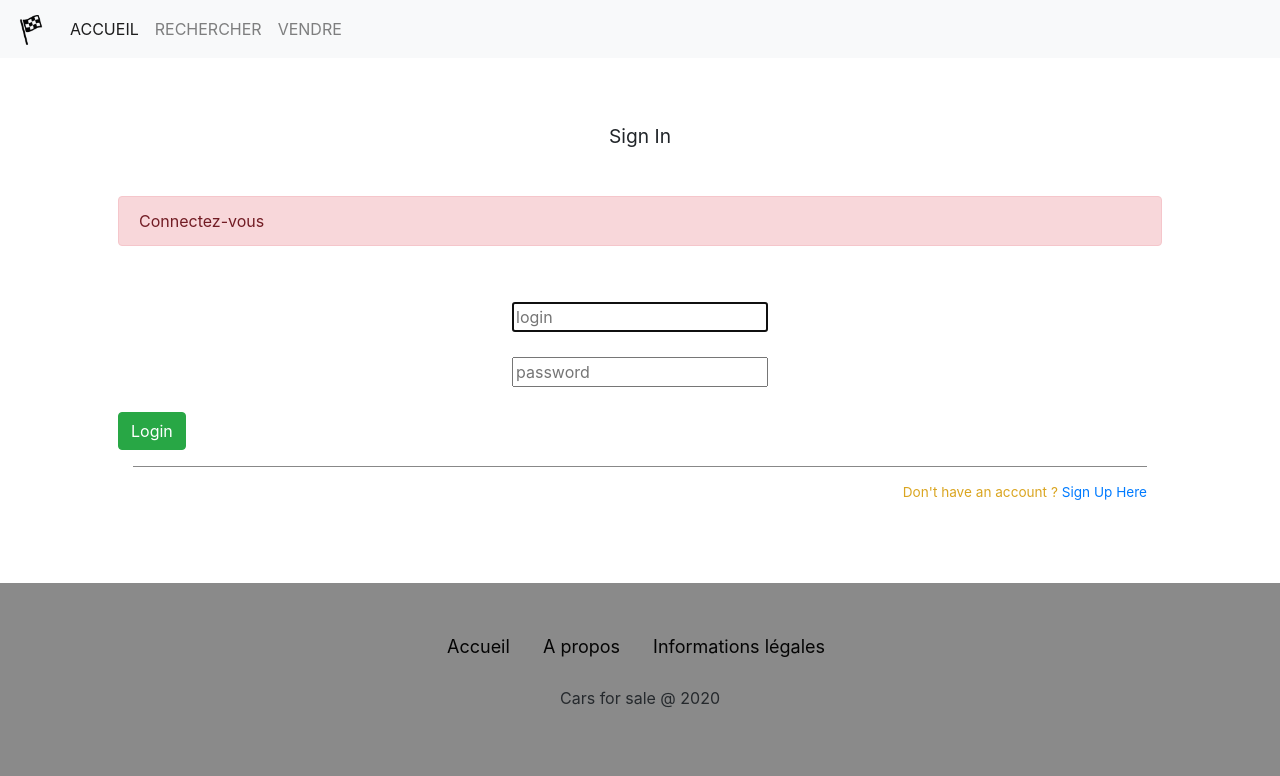
Repository: JonasvanHoorebeke/node_project_carforsale_final
Page: http://localhost/login/now
The author's editor kept a copy of each file at every save. The page is drawn from the files as they stood at one save, then again after the next save.
The browser window is 1280 px wide. The pictures show the whole page.
The page is served by the project's Node server (server.js). Other server files are loaded and not shown.

Above is the page before, as saved 2020-08-26 20:55:12.

### views/index.ejs

<%- include('header.ejs') %>
<body>
        <div class="container p-5">
            <div class="panel panel-info" >
                    <div class="panel-heading">
                        <div class="introsignup">Sign In</div>
                    </div>
                    <div style="padding-top:30px">
                        <% if (message.length > 0) { %>
                            <div class="alert alert-danger col-sm-12"><%= message %></div>
                <% } %>
                        <form id="loginform" role="form" method="post" action="/login"></br>
                            <div class="infologin">
                                        <input type="text"  name="login" value="" placeholder="login" aria-label="pseudo" autofocus>
                                    </div>
                            <div class="infologin">
                                        <input type="password"  name="password" placeholder="password" aria-label="mot de passe">
                                    </div>
                            <div class="infologin">
                                    </div>
                                <div style="margin-top:10px" class="form-group">
                                    <!--bouton-->
                                    <div class="login">
                                      <button id="login" type="submit" class="btn btn-success">Login  </button>
                                    </div>
                                </div>
                                <div class="form-group">
                                    <div class="col-md-12 control">
                                        <div class="pascompte" > Don't have an account ? <a href="/signup">Sign Up Here</a>
                                        </div>
                                    </div>
                                </div>
                            </form>
                        </div>
                    </div>
        </div>
    </div>
    <%- include('footer.ejs') %>

### views/header.ejs
<!DOCTYPE html>
<html lang="fr">

<head>
  <title>Cars for sale - Véhicules d'occasion</title>
  <meta charset="utf-8">
  <meta name="viewport" content="width=device-width, initial-scale=1.0">
  <link href="/css/style.css" rel="stylesheet" type="text/css">
  <link rel="stylesheet" href="https://maxcdn.bootstrapcdn.com/bootstrap/4.3.1/css/bootstrap.min.css">
  <script type="text/javascript" src="../scripts/scriptindex.js"></script>
  <script src="https://ajax.googleapis.com/ajax/libs/jquery/3.4.1/jquery.min.js"></script>
  <script src="https://maxcdn.bootstrapcdn.com/bootstrap/4.3.1/js/bootstrap.min.js"></script>
  <link rel="stylesheet" href="https://stackpath.bootstrapcdn.com/bootstrap/4.4.1/css/bootstrap.min.css" integrity="sha384-Vkoo8x4CGsO3+Hhxv8T/Q5PaXtkKtu6ug5TOeNV6gBiFeWPGFN9MuhOf23Q9Ifjh" crossorigin="anonymous">
    <!-- Plugin JS, jQuery Bootstrap -->
    <script src="https://code.jquery.com/jquery-3.5.1.slim.min.js" integrity="sha384-DfXdz2htPH0lsSSs5nCTpuj/zy4C+OGpamoFVy38MVBnE+IbbVYUew+OrCXaRkfj" crossorigin="anonymous"></script>
    <script src="https://cdn.jsdelivr.net/npm/popper.js@1.16.0/dist/umd/popper.min.js" integrity="sha384-Q6E9RHvbIyZFJoft+2mJbHaEWldlvI9IOYy5n3zV9zzTtmI3UksdQRVvoxMfooAo" crossorigin="anonymous"></script>
    <script src="https://stackpath.bootstrapcdn.com/bootstrap/4.5.0/js/bootstrap.min.js" integrity="sha384-OgVRvuATP1z7JjHLkuOU7Xw704+h835Lr+6QL9UvYjZE3Ipu6Tp75j7Bh/kR0JKI" crossorigin="anonymous"></script>

</head>
<body>
    <!--<nav class="navbar navbar-expand-sm navbar-light bg-light">
        <div class="container"><a class="skinfarmers" src="css/cars-for-sale-logo.png" width="30" height="30" alt="Logo de Cars for sale">></a><button data-toggle="collapse" class="navbar-toggler" data-target="#navcol-1"><span class="sr-only">Toggle navigation</span><span class="navbar-toggler-icon"></span></button>
            <div class="collapse navbar-collapse"
                id="navcol-1">
                <ul class="nav navbar-nav ml-auto">
                    <li role="presentation"><a class="navboutonergo" href="/annonce/add">Ajouter une annonce</a></li>
                    <li role="presentation"><a class="navbouton" href="#">Fonctionnement</a></li>
                    <li role="presentation"><a class="navbouton" href="/signup/now">S'inscrire</a></li>
                    <li role="presentation"><a class="navbouton" href="/profil">Profil</a></li>
                    <li role="presentation"><a class="navbouton" href="/logout">Déconnexion</a></li>
                    <li role="presentation"><a class="navbouton" href="/cart">cart</a></li>
                    <li><a href="/cart" class="cartlogo"><img src="/css/ttt.png" alt="bouton panier" style="max-width: 39px;"></a></li>
                </ul>
            </div>
        </div>
    </nav>-->

    <nav class="navbar navbar-expand-sm navbar-light bg-light">
        <a class="navbar-brand" href="/">
          <img src="../css/cars-for-sale-logo.png" width="30" height="30" alt="Logo de Cars for sale">
        </a>
        <button class="navbar-toggler" type="button" data-toggle="collapse" data-target="#navbarNav" aria-controls="navbarNav" aria-expanded="false" aria-label="Toggle navigation">
          <span class="navbar-toggler-icon"></span>
        </button>
        <div class="collapse navbar-collapse" id="navbarNav">
          <ul class="navbar-nav">
            <li class="nav-item active">
              <a class="nav-link" href="/">ACCUEIL</a>
            </li>
            <li class="nav-item">
              <a class="nav-link" href="/">RECHERCHER</a>
            </li>
            <li class="nav-item">
              <a class="nav-link" href="/annonce/add">VENDRE</a>
            </li>
          </ul>
        </div>
      </nav>

### views/footer.ejs
<!DOCTYPE html>
<html lang="fr">
<head>
  <title></title>
  <meta charset="utf-8">
  <meta name="viewport" content="width=device-width, initial-scale=1.0">
  <link rel="stylesheet" href="https://stackpath.bootstrapcdn.com/bootstrap/4.4.1/css/bootstrap.min.css" integrity="sha384-Vkoo8x4CGsO3+Hhxv8T/Q5PaXtkKtu6ug5TOeNV6gBiFeWPGFN9MuhOf23Q9Ifjh" crossorigin="anonymous">
  <link href="/css/style.css" rel="stylesheet" type="text/css">
  <link rel="stylesheet" href="https://maxcdn.bootstrapcdn.com/bootstrap/4.3.1/css/bootstrap.min.css">
</head>
<div id="page">
  <div class="footerr">
      <footer>
          <ul class="boutonfooter">
              <li class="bouton"><a href="/">Accueil</a></li>
              <li class="bouton"><a href="#">A propos</a></li>
              <li class="bouton"><a href="/infoleg">Informations légales</a></li>
          </ul>
      </br>
          <p class="copyright">Cars for sale @ 2020</p>
      </footer>
  </div>
</div>
</body>
</html>

### server.js
const path = require('path');
const express = require('express');
const ejs = require('ejs');
const bodyParser = require('body-parser');
const mysql = require('mysql');
const app = express();
const http = require('http');
const mysqlConnection = require("./connection.js");
var router = express.Router();
var session = require('express-session');
var cookieParser = require('cookie-parser');



//set views file
app.set('views',path.join(__dirname,'views'));

//set view engine
app.set('view engine', 'ejs');
app.use(bodyParser.json());
app.use(bodyParser.urlencoded({ extended: false }));
app.use(cookieParser());
app.use(session({
  secret: 'secret',
  resave: false,
  saveUninitialized: true
}))
app.use(express.static(__dirname + '/public')) //pour utiliser le css en local (fichiers statiques)



//app.use('/', routesUsers);
let routesUsers = require("./routes/routesAnnonces");
app.use('/', routesUsers);
// Server Listening
app.listen(3000, () => {
    console.log('I am feeling great on port 3000');
});

### controllers/usersControllers.js
const mysqlConnection = require("../connection.js");
var User = require('../models/userCompte.js');

// POUR SE CONNECTER AU SITE WEB PAR SESSION
exports.login = function(req, res){
   var message = '';
   var sess = req.session;
   let data = {login: req.body.login, password: req.body.password};
   var login = req.body.login;
   var password = req.body.password;
   let sql="SELECT iduser, login, telephone, password FROM `users` WHERE `login`='"+login+"' and password = '"+password+"'";
   let query = mysqlConnection.query(sql, data,(err, results)=>{
          if(results.length){
             req.session.id = results[0].iduser;
             req.session.role = results[0].role;
             req.session.users = results[0];
             console.log(results[0].iduser);
             res.redirect('/');
             message = 'Login réussi !';
          }
          else{
             message = 'Mauvaises informations.';
             res.render('index.ejs',{message: message});
          };
      });
};

//POUR SE DIRIGER VERS LA PAGE DE LOGIN
exports.loginNow = function(req, res){
   res.render('index.ejs', {
      message : "Connectez-vous"
   });
};

// POUR S'INSCRIRE SUR LE SITE WEB
exports.signup = function (req, res) {
   let user = new User(req.body.iduser, req.body.login, req.body.telephone, req.body.password);
   console.log(user);
   mysqlConnection.query("INSERT INTO users SET?",
       user, function (err, results) {
           if (err) {
               res.status(400).send(error);
           } else {
               res.status(200).redirect('/');
           }
       });
   };
// POUR AFFICHER LA PAGE D'INSCRIPTION
exports.signupNow = function(req, res){
   res.render('regist.ejs', {
      message : "Inscrivez-vous"
   });
};

// POUR SE DECONNECTER DU SITE WEB
exports.logout = function(req,res){
   req.session.destroy(function(err){
       if(err){
           console.log(err);
       }
       else
       {
           res.redirect('/');
       }
   });
 };
// POUR AFFICHER LES INFORMATIONS DE SON PROFIL ET LES MODIFIER
exports.profilUpdate = function (req, res) {
   const id = req.params.id;
   let sql = `Select * from users where iduser = ${id}`;
   let query = mysqlConnection.query(sql,(err, result)=>{
       if(err) throw err;
       res.render('profilupdate.ejs',{
           title : 'Modifiez vos informations personnelles',
           users : result[0]
       });
   });
};

// POUR UPDATE LES INFORMATIONS DU PROFIL
exports.updateProfil = function (req, res) {
   let user = new User(req.body.iduser, req.body.login, req.body.telephone, req.body.password);
   console.log(user);
   mysqlConnection.query("update users SET login='"+req.body.login+"', telephone='"+req.body.telephone+"', password='"+req.body.password+"' where iduser ="+req.body.iduser,
       [user, req.body.iduser], function (err, results) {
           if (err) {
               console.log(error);
               res.status(400).send(error);
           } else {
               res.status(202).redirect('/profil');
           }
       })
};

//POUR AFFICHER LE PROFIL
exports.profil = function(req, res, next){
	var users =  req.session.users,
	iduser = req.session.iduser;

	if(iduser == null){
		res.redirect("/login/now");
		return;
	}

	 let sql="SELECT * FROM users WHERE `iduser`='"+id+"'";

	   mysqlConnection.query(sql, function(err, results){

		   console.log(results);

		   res.render('profile.ejs', {users:users});

		});
};

### connection.js
const mysql = require("mysql");

var mysqlConnection = mysql.createConnection({
    host : "localhost",
    user : "root",
    password : "root",
    database : "db_carforsale",
    multipleStatements : true
});

mysqlConnection.connect((err)=>{
    if(!err)
        {
            console.log("Database connected <3");
        }
    else
        {
            console.log("Something went wrong with the database :( ");
        }
})

module.exports = mysqlConnection;

### public/css/style.css
body
{
    background-color: grey;
}


/* Gérer la couleur des liens/boutons */

nav a:link {
    text-decoration : none;
}

nav a:hover {
    color : rgb(0, 0, 0);
}

nav a:active {
    text-decoration: none;
}

nav a:visited{
    text-decoration : none;
}

.boutonfooter {
        padding-left: 0px;
        list-style: none;
      }

.footerr {
        padding: 50px 0;
        background-color: #888;
        text-align: center;
        opacity: 98%;
        left : 0;
        bottom : 0;
        width: 100%;
      }

.footerr ul {
        padding: 0;
        list-style: none;
        text-align: center;
        font-size: 18px;
        line-height: 1.6;
        margin-bottom: 0;
      }

.footerr li {
        padding: 0 10px;
      }

ul {
        margin-top: 0;
        margin-bottom: 1rem;
      }

.bouton {
    margin-right: .5rem;
    display: inline-block;
}

.intro {
    text-align: center;
    background-color: #b0b0b0;
    font-size: 20px;
    opacity: 80%;
    border-radius: 5px 5px 5px 5px;
    width: 75%;
    height: 10%;
    display: block;
    margin-left: auto;
    margin-right: auto;
    border-radius: 5px 5px 5px 5px;
    box-shadow: 12px 15px 20px 0px rgba(46,61,73,0.15);
}

nav {
    background-attachment: fixed;
    background-size: cover;
    opacity: 98%;
}


nav a { /*gère le logo skinfarmerz*/
    color: #d3d3d3;
}

.boutonheader {
    list-style: none;
    display : inline;
}

ul.boutonheader {
    list-style: none;
    display : inline-flex;
}


.container {
    width: 100%;
    padding-right: 15px;
    padding-left: 15px;
    margin-right: auto;
    margin-left: auto;
}
.skinfarmers {
    display: inline-block;
    padding-top: .3125rem;
    padding-bottom: .3125rem;
    margin-right: 1rem;
    font-size: 1.25rem;
    line-height: inherit;
    white-space: nowrap;
}

.navbouton {
    display: block;
    padding: .5rem 1rem;
    color: goldenrod;
}

.navboutonergo {
    display: block;
    padding: .5rem 1rem;
    color: goldenrod;
}

ul.boutonfooter a {
    color: rgb(0, 0, 0)!important;
}

form {
    margin-top: 2em;

}


#Lesskins {
    border-radius: 10px;
    margin-bottom: 200px;
    min-height: 400px;
}

.titreadd {
    color: #282536;
}

.titreproduit {
    text-align: center;
    color: #282536;
    background-color: #241e2d;
}

.cartt {
    text-align: center;
    background-color: #282536;
}

.introcart {
    text-align: center;
    background-color: #282536;
    color: #c1c1c1;
}

.itemm {
    display: block;
    color: #c1c1c1;
    padding-top: 1rem;
}

.nomskin {
    color: goldenrod;
}


.textintroregister {
    text-transform: uppercase;
    text-align: center;
    margin-bottom: 5rem;
}

.infos {
    display: block;
}

.listtt {
    display: block;
    text-align: center;
}

#loginbox {
    text-align: center;
}

.introsignup {
    font-size: larger;
    border-top: black solid;
    border-bottom: black solid;
    text-align: center;
    padding-top: 1rem;
    padding-bottom: 1rem;
    border: 2rem;
}

#infoleg {
    font-size: smaller;
}

.pascompte {
    border-top: 1px solid#888;
    color: goldenrod;
    padding-top:15px;
    font-size:85%;
    padding-bottom: 1rem;
    text-align: right;
}

.infologin {
    margin-bottom: 25px;
    text-align: center;
}

.infosignup {
    margin-bottom: 25px;
    width: 35%;
}

.infosignupdescription {
    margin-bottom: 25px;
    width: 50%;
}

.nomdescases {
    padding-left: 1rem;
}

.cases {
    display: block;
    width: 100%;
    background-color: #fff;
    border: 1px solid #ced4da;
    border-radius: .25rem;
}

.navigation1 {
    padding: .5rem 1rem;
    flex-flow: row nowrap;
    justify-content: flex-start;
}

input.cases {
    text-align: center;
}

.imgskin {
    max-width : 350px;
}

.imageskin {
    display: flex;
	justify-content: center;
	align-items: center;
}

.espacement {
	margin-right: 20px;
}

.prixjeu {
    background-color: #8296c7;
    opacity: 90%;

}

.introitempage {
        font-size: larger;
        background-color: #282536;
        opacity: 80%;
        border-top: black solid;
        border-bottom: black solid;
        color: rgb(255, 255, 255);
        text-align: center;
        padding-top: 1rem;
        padding-bottom: 1rem;
        border: 2rem;
}

.cards-annonces {
        margin: 20px;

}

.col-sm {
        text-align: center;
        color: #000;
        font-size: 14px;
}

.col-sm-7{
    border-radius: 5px 5px 5px 5px;
    box-shadow: 12px 15px 20px 0px rgba(46,61,73,0.15);
}

.bouttons-annonces {
        text-align: center;

}

.card-prix{
    padding-left: 10px ;

}
/*.navbari {
    flex-flow: row nowrap;
    justify-content: flex-start;
    position: relative;
    display: flex;
    align-items: center;
    padding: .5rem 1rem;
}

*, ::after, ::before {
    box-sizing: border-box;
}

### scripts/scriptindex.js
function Recherche() {

    var input, filter, table, tr, td, i, txtValue;
    input = document.getElementById("Larecherche");
    filter = input.value.toUpperCase();
    table = document.getElementById("Lesskins");
    tr = table.getElementsByTagName("tr");

    // Boucle qui passe toute les lignes de la liste et qui cachent ceux qui correspondent pas à la recherche
    for (i = 0; i < tr.length; i++) {
      td = tr[i].getElementsByTagName("td")[0];
      if (td) {
        txtValue = td.textContent || td.innerText;
        if (txtValue.toUpperCase().indexOf(filter) > -1) {
          tr[i].style.display = "";
        } else {
          tr[i].style.display = "none";
        }
      }
    }
  }

After the next save:
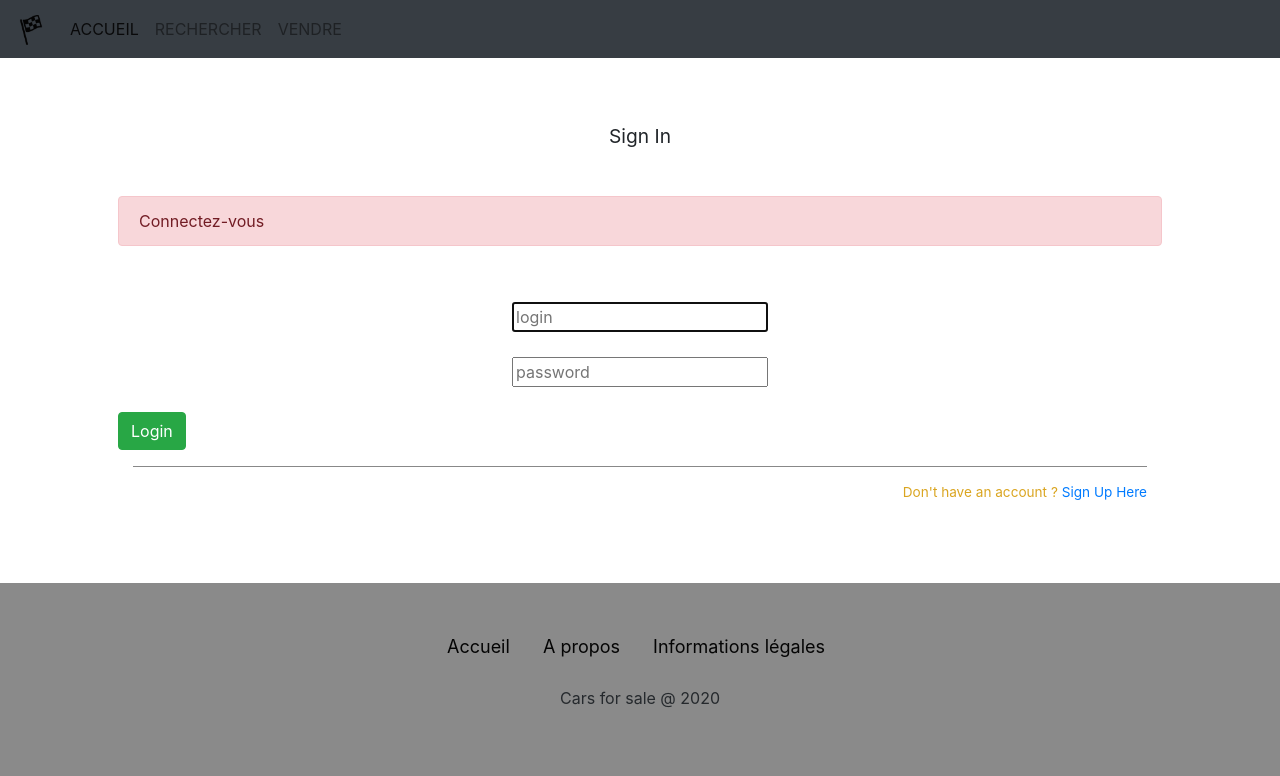
Saved 111 s later.
--- a/views/header.ejs
+++ b/views/header.ejs
@@ -18,24 +18,7 @@
 
 </head>
 <body>
-    <!--<nav class="navbar navbar-expand-sm navbar-light bg-light">
-        <div class="container"><a class="skinfarmers" src="css/cars-for-sale-logo.png" width="30" height="30" alt="Logo de Cars for sale">></a><button data-toggle="collapse" class="navbar-toggler" data-target="#navcol-1"><span class="sr-only">Toggle navigation</span><span class="navbar-toggler-icon"></span></button>
-            <div class="collapse navbar-collapse"
-                id="navcol-1">
-                <ul class="nav navbar-nav ml-auto">
-                    <li role="presentation"><a class="navboutonergo" href="/annonce/add">Ajouter une annonce</a></li>
-                    <li role="presentation"><a class="navbouton" href="#">Fonctionnement</a></li>
-                    <li role="presentation"><a class="navbouton" href="/signup/now">S'inscrire</a></li>
-                    <li role="presentation"><a class="navbouton" href="/profil">Profil</a></li>
-                    <li role="presentation"><a class="navbouton" href="/logout">Déconnexion</a></li>
-                    <li role="presentation"><a class="navbouton" href="/cart">cart</a></li>
-                    <li><a href="/cart" class="cartlogo"><img src="/css/ttt.png" alt="bouton panier" style="max-width: 39px;"></a></li>
-                </ul>
-            </div>
-        </div>
-    </nav>-->
-
-    <nav class="navbar navbar-expand-sm navbar-light bg-light">
+    <nav class="navbar navbar-expand-sm navbar-light bg-dark">
         <a class="navbar-brand" href="/">
           <img src="../css/cars-for-sale-logo.png" width="30" height="30" alt="Logo de Cars for sale">
         </a>

After the save that followed:
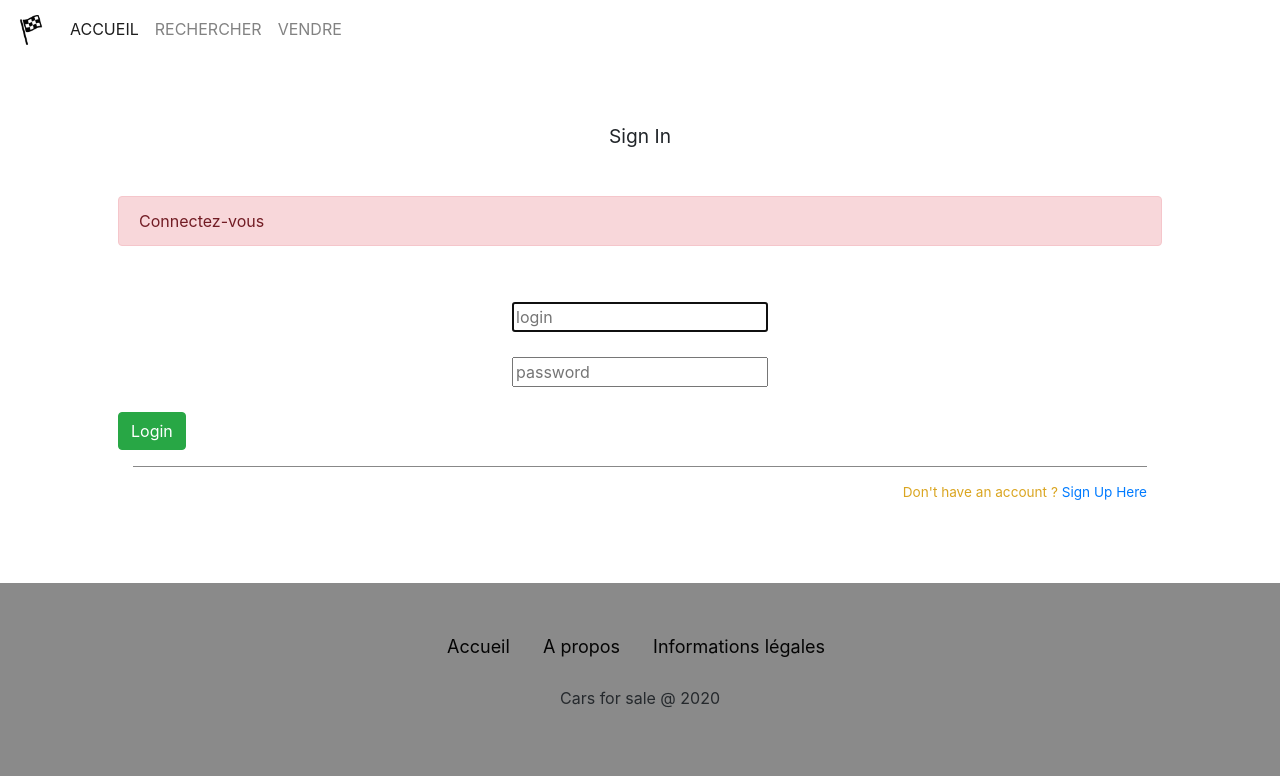
Saved 6 s later.
--- a/views/header.ejs
+++ b/views/header.ejs
@@ -18,7 +18,7 @@
 
 </head>
 <body>
-    <nav class="navbar navbar-expand-sm navbar-light bg-dark">
+    <nav class="navbar navbar-expand-sm navbar-light bg-grey">
         <a class="navbar-brand" href="/">
           <img src="../css/cars-for-sale-logo.png" width="30" height="30" alt="Logo de Cars for sale">
         </a>
